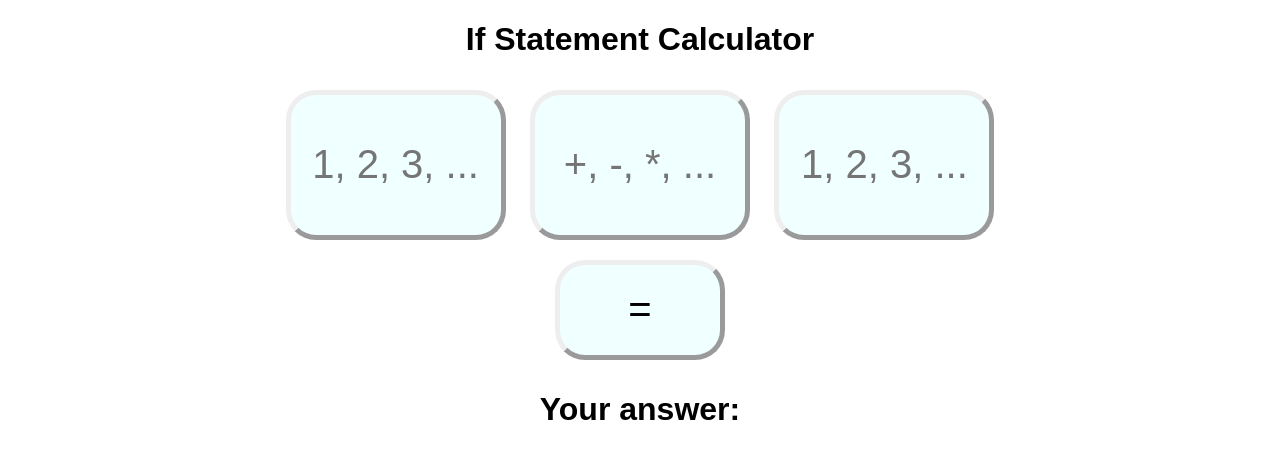
Repository: WesleyErasmus/threeInputCalculator
Page: html/if-calculator.html
The author's editor kept a copy of each file at every save. The page is drawn from the files as they stood at one save, then again after the next save.
The browser window is 1280 px wide. The pictures show the whole page.

Above is the page before, as saved 2022-04-27 22:29:01.

### html/if-calculator.html
<!DOCTYPE html>
<html lang="en">
<head>
    <meta charset="UTF-8">
    <meta http-equiv="X-UA-Compatible" content="IE=edge">
    <meta name="viewport" content="width=device-width, initial-scale=1.0">
    <title>JS If Calculator</title>
    <link rel="stylesheet" href="/css/stylesheet.css">
    <script src="/js/if-calculator.js"></script>
</head>
<body>

<center>
    <form onsubmit="return false;">
        <h1>If Statement Calculator</h1>
         <input id="input1" type="text" name = "input1" placeholder="1, 2, 3, ..."> <!-- input-1 -->
         <input id="input3" type="text" name = "input3" placeholder="+, -, *, ..."> <!-- input-3 (operator) -->
         <input id="input2" type="text" name = "input2" placeholder="1, 2, 3, ..."> <!-- input-2 -->
        <div>
         <button onclick="sum()">=</button>
        </div>
         <h1>Your answer:</h1>
         <p id="output"></p>
    </form>
</center>
</body>
</html>

### css/stylesheet.css
body {
font-family: sans-serif;
}
form {
display: block;
margin: 0 auto;
}
input {
    background-color: azure;
    width: 170px;
    height: 100px;
    padding: 20px;
    margin: 10px;
    text-align: center;
    font-size: 40px;
    border-radius: 30px;
    border: 5px outset;
}
button {
    background-color: azure;
    width: 170px;
    height: 100px;
    padding: 0;
    margin: 10px;
    font-size: 40px;
    border-radius: 30px;
    border: 5px outset;
}
p {
    text-align: center;
    margin: 10px;
    padding: 20px;
    font-size: 75px;
    border-radius: 10px;
}

### js/if-calculator.js
function sum() {
const num1 = document.getElementById("input1").value;
const num2 = document.getElementById("input2").value;
const operator = document.getElementById("input3").value;
const output = document.getElementById("output").value;
  let answer;
  document.getElementById("output").value;
  if (operator == '+') {
    answer = +num1 + +num2;
    document.getElementById("output").innerHTML = answer;
  } else if (operator == '-') {
    answer = num1 - num2;
    document.getElementById("output").innerHTML = answer;
  } else if (operator == '*') {
    answer = num1 * num2;
    document.getElementById("output").innerHTML = answer;
  } else {
    answer = num1 / num2;
    document.getElementById("output").innerHTML = answer;
  }console.log(answer);
}

After the next save:
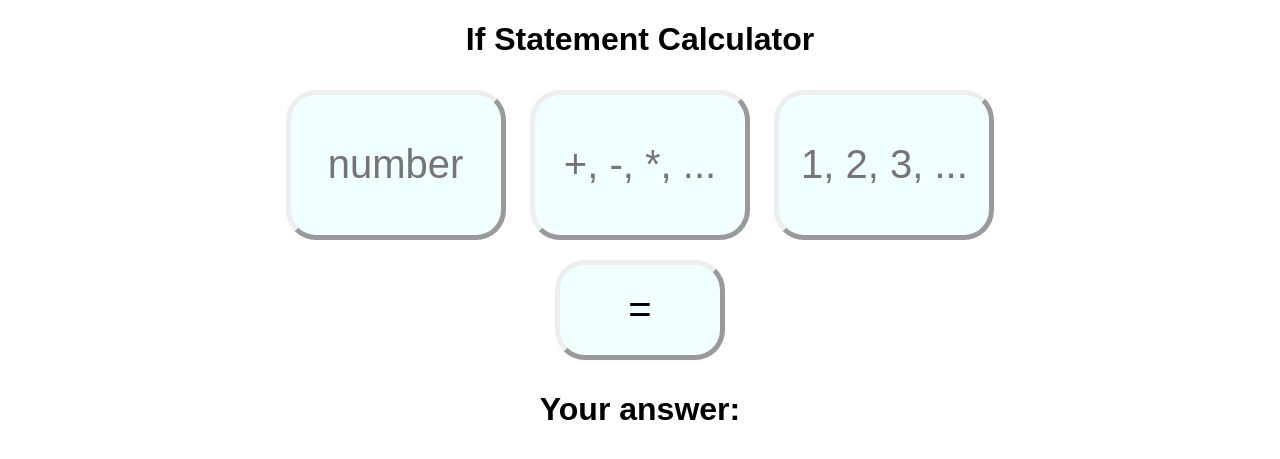
Saved 2 min 17 s later.
--- a/html/if-calculator.html
+++ b/html/if-calculator.html
@@ -13,7 +13,7 @@
 <center>
     <form onsubmit="return false;">
         <h1>If Statement Calculator</h1>
-         <input id="input1" type="text" name = "input1" placeholder="1, 2, 3, ..."> <!-- input-1 -->
+         <input id="input1" type="text" name = "input1" placeholder="number"> <!-- input-1 -->
          <input id="input3" type="text" name = "input3" placeholder="+, -, *, ..."> <!-- input-3 (operator) -->
          <input id="input2" type="text" name = "input2" placeholder="1, 2, 3, ..."> <!-- input-2 -->
         <div>
